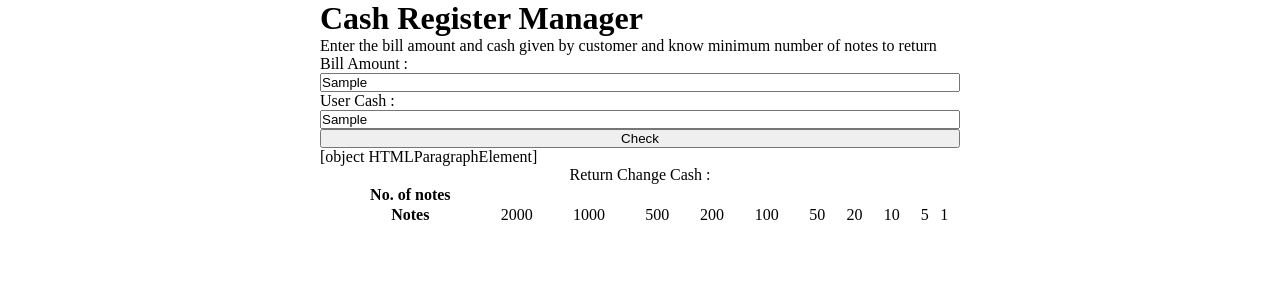
Repository: patelamancode/Cash-register-manager-app
Page: index.html
An editor plug-in stored every save of this project. The page is shown before and after the next save, followed by the edit.
The browser window is 1280 px wide. The pictures show the whole page.
Empty fields were first filled with sample values (such as "Sample", 5 or name@example.com).
After loading, the first visible `button.check-btn` was clicked once.

Above is the page before, as saved 2022-11-16 17:02:20.

### index.html
<!DOCTYPE html>
<html lang="en">

<head>
    <meta charset="UTF-8">
    <meta http-equiv="X-UA-Compatible" content="IE=edge">
    <meta name="viewport" content="width=device-width, initial-scale=1.0">
    <link rel="stylesheet" href="index.css">
    <title>Cash register app</title>
</head>

<body>
    <div id="main-container">
        <h1 class="heading">Cash Register Manager</h1>
        <p id="description">Enter the bill amount and cash given by customer
            and know minimum number of notes to return
        </p>
        <label for="Bill-amount">Bill Amount :</label>
        <input type="text" id="bill-amount">
        <label for="Cash-amount">User Cash :</label>
        <input type="text" id="cash-amount">
        <button class="check-btn">Check</button>
        <p class="error-message"></p>
        <table class="change-cash">
            <caption>Return Change Cash :</caption>
            <tr>
                <th>No. of notes</th>
                <td></td>
            </tr>
            <tr>
                <th>Notes</th>
                <td>2000</td>
                <td>1000</td>
                <td>500</td>
                <td>200</td>
                <td>100</td>
                <td>50</td>
                <td>20</td>
                <td>10</td>
                <td>5</td>
                <td>1</td>
            </tr>
        </table>
    </div>

    <script src="index.js"></script>
</body>

</html>

### index.css
*{
    margin: 0;
    padding: 0;
}

#main-container{
    display: flex;
    flex-direction: column;
    width: 50vw;
    margin: auto;
}

### index.js
// document.querySelector('.check-btn').addEventListener('click', function(){
//     console.log("Check button is clicked")
// })

const billAmount = document.querySelector('#bill-amount');
const cashAmount = document.querySelector('#cash-amount');
const checkButton =  document.querySelector('.check-btn');
const errorMessage = document.querySelector('.error-message');

// Testing console values for all inputs
// checkButton.addEventListener('click', function(){
//     console.log(cashAmount.value);
// })



checkButton.addEventListener('click', function amountValidation(){
    errorMessage.style.display = "none";

    if(billAmount.value > 0){
    }
    else{
        errorMessage.style.display = "block";
        errorMessage.innerText = errorMessage;
    }
})

After the next save:
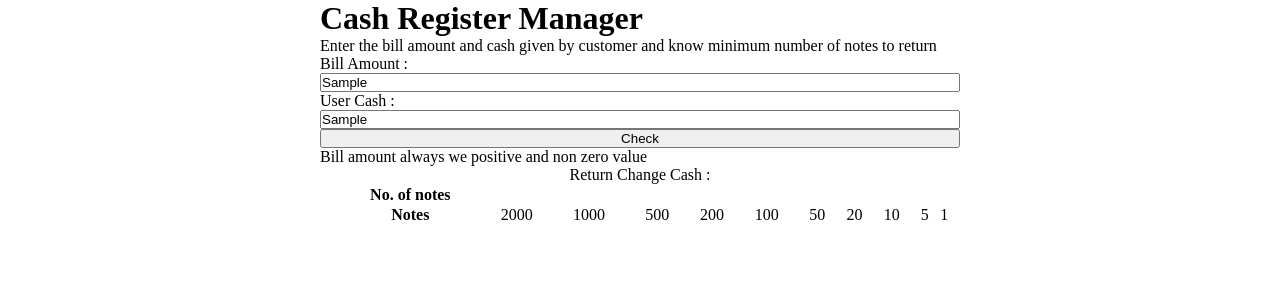
Saved 20 s later.
--- a/index.js
+++ b/index.js
@@ -21,6 +21,6 @@ checkButton.addEventListener('click', function amountValidation(){
     }
     else{
         errorMessage.style.display = "block";
-        errorMessage.innerText = errorMessage;
+        errorMessage.innerText = "Bill amount always we positive and non zero value";
     }
 })
